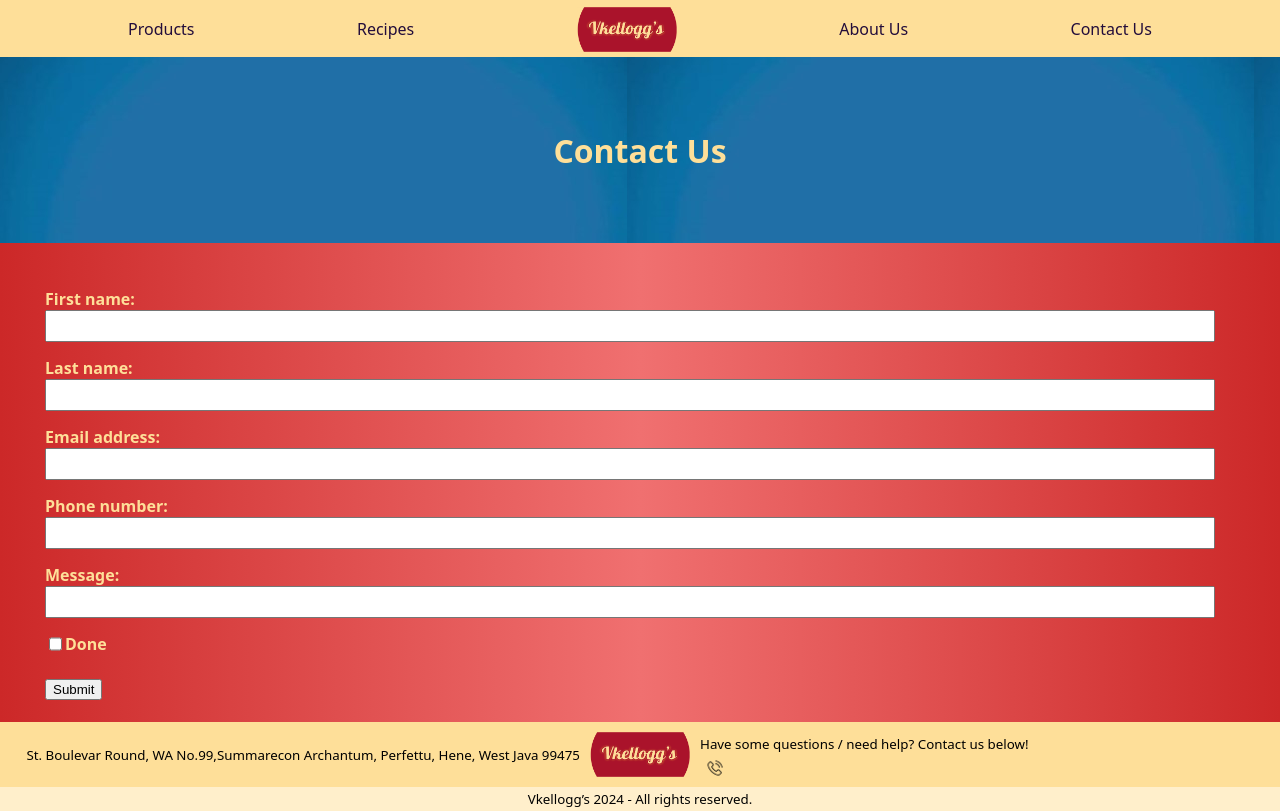
Repository: sugralld/VKelloggs
Page: Code and Assets/html/contactus.html
An editor plug-in stored every save of this project. The page is shown before and after a run of saves, followed by the edit.
The browser window is 1280 px wide. The pictures show the whole page.

Above is the page before, as saved 2024-12-04 06:38:49.

After the next 2 saves:
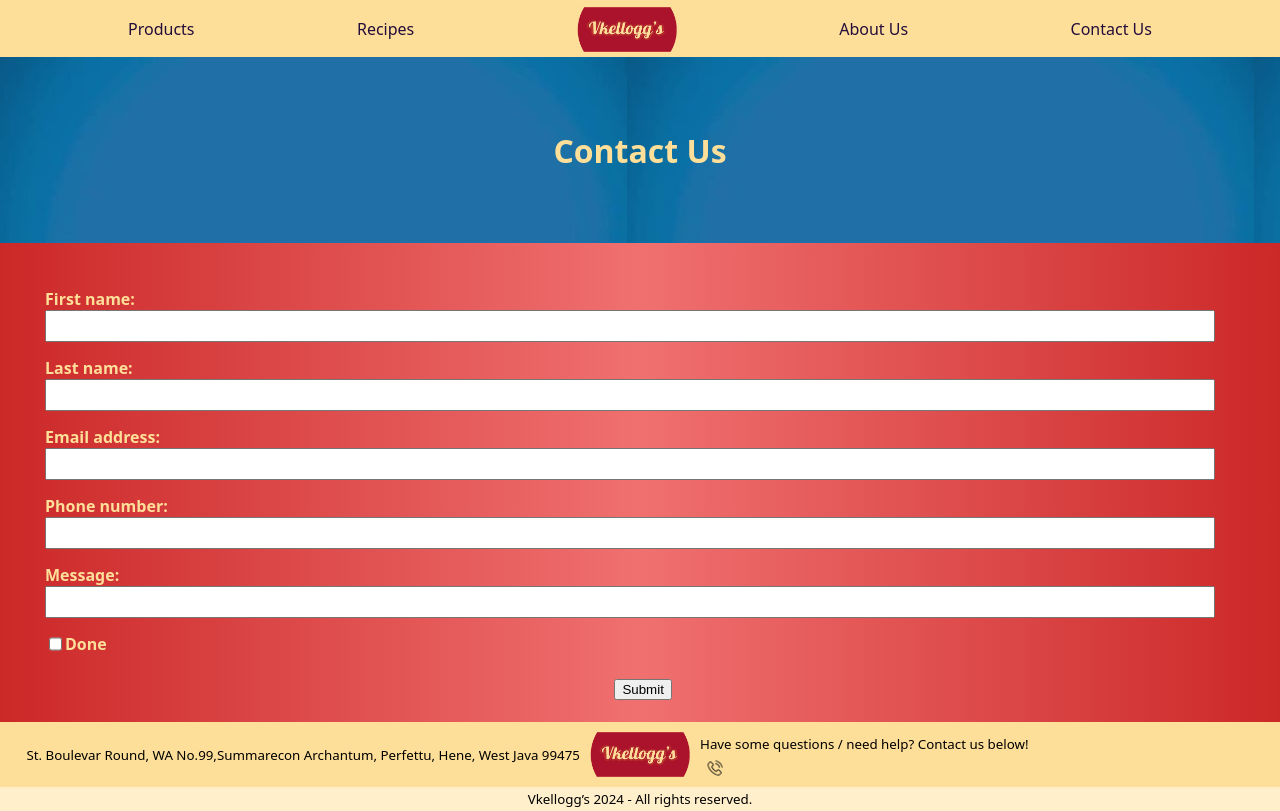
The 2 saves are shown as one change because they came seconds apart.
The last was saved 4 s later.
--- a/Code and Assets/css/contactus.css
+++ b/Code and Assets/css/contactus.css
@@ -36,7 +36,7 @@
    padding: 0;
    text-align: centers;
    position: absolute;
-   left: calc();
+   left: calc(48%);
  }
 
 .button-container button{
